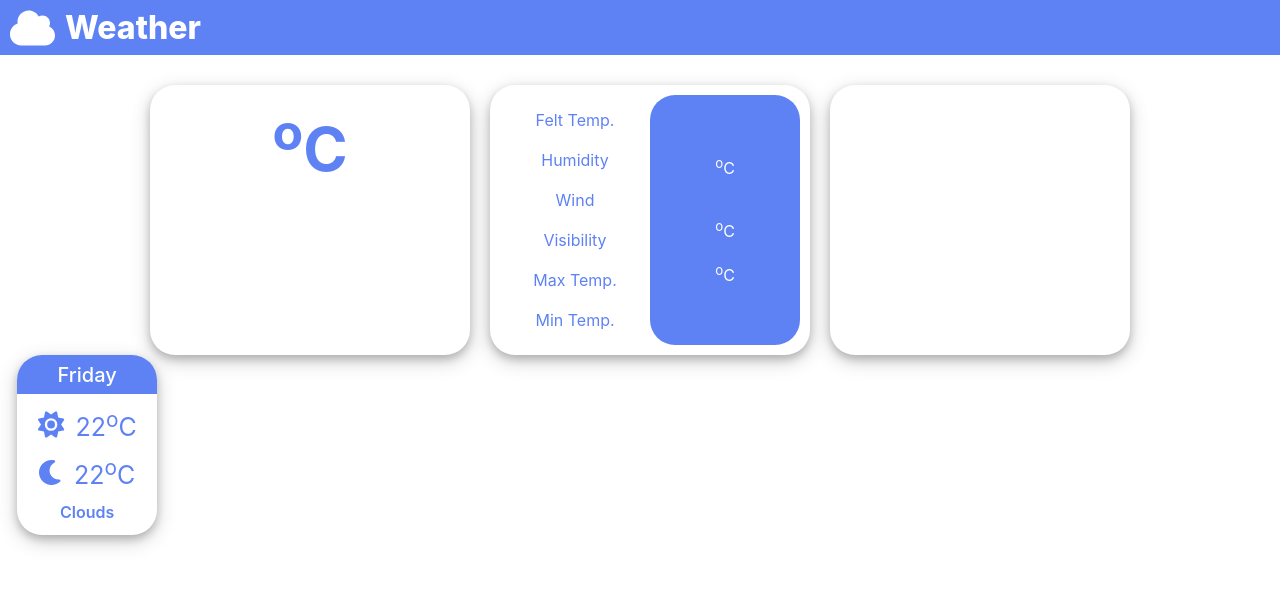
Repository: ahmedazawi/weather-app
Page: /
These files come from the project's save history. The page is drawn as it stood at one moment and after the next save; the edit follows.
The browser window is 1280 px wide. The pictures show the whole page.
The pointer rests on the first visible `.small-cards > div`.
The project was rebuilt for these pictures with package versions that can differ from the ones it lists, and the page was loaded fresh each time. Also part of the build but not shown: src/components/Map.js.

Above is the page before, as saved 2022-11-30 15:54:21.

After the next save:
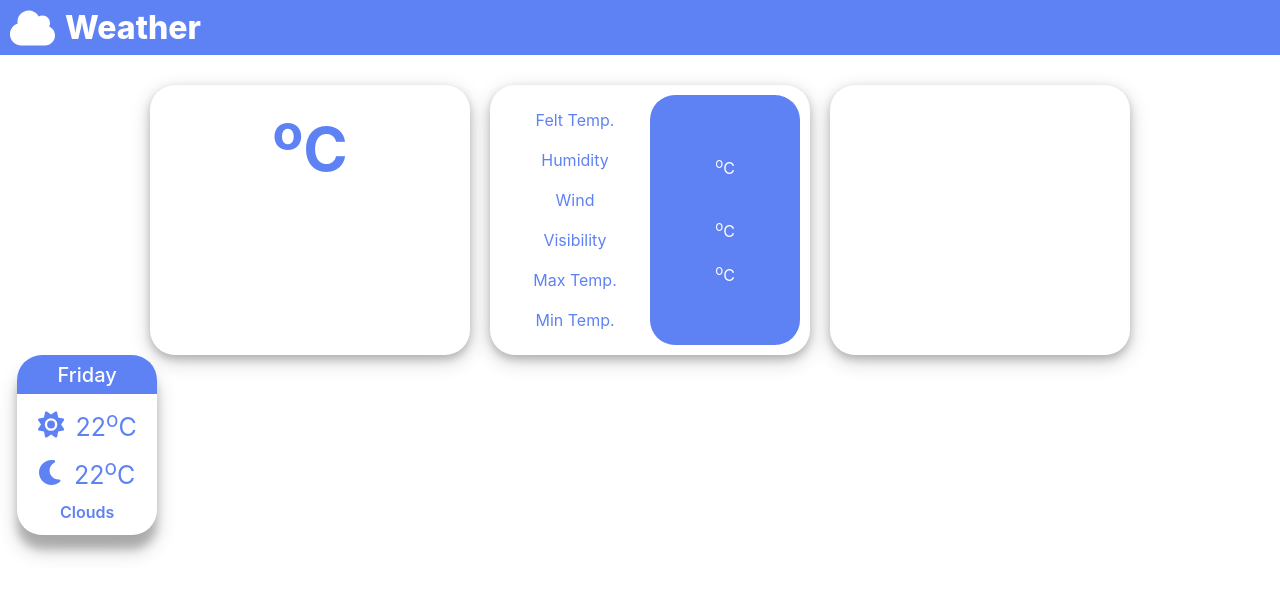
Saved 40 s later.
--- a/src/assets/css/SevenDaysCards.css
+++ b/src/assets/css/SevenDaysCards.css
@@ -14,6 +14,9 @@
   background-color: var(--secondaryColor);
   border-radius: var(--borderRadius);
   box-shadow: 0 4px 8px 0 rgba(0, 0, 0, 0.2), 0 6px 20px 0 rgba(0, 0, 0, 0.19);
+}
+.small-cards > div:hover {
+  box-shadow: 0 14px 8px 0 rgba(0, 0, 0, 0.2), 0 16px 20px 0 rgba(0, 0, 0, 0.19);
 }
 .small-cards > div > .sm-cards-header {
   width: 100%;
